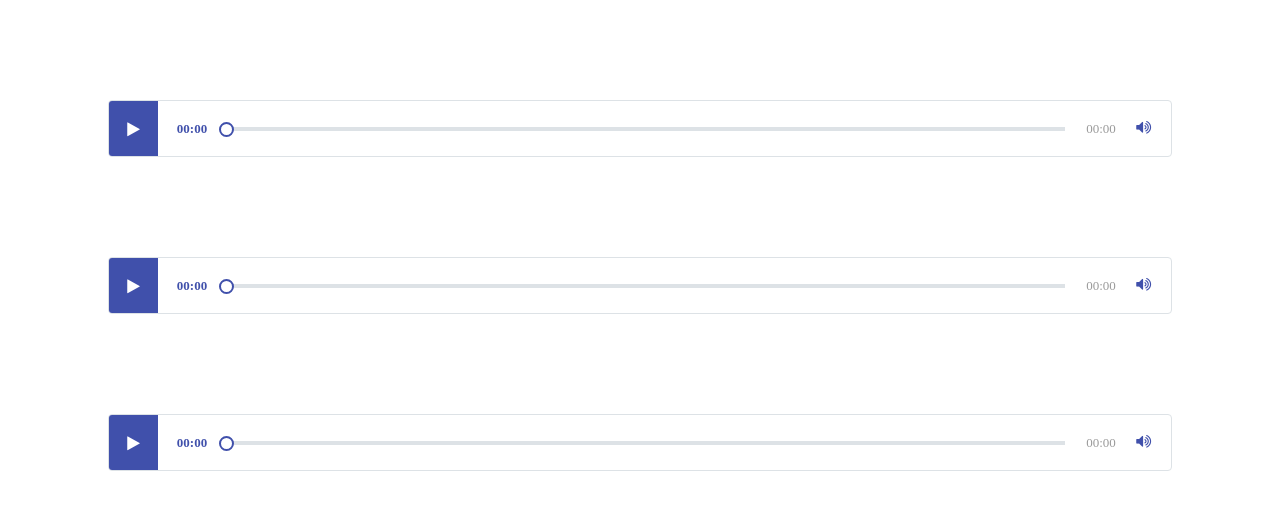
Repository: mitzbarbie/-jQuery-AudioPlayer-plugin
Page: index.html
These files come from the project's save history. The page is drawn as it stood at one moment and after the next save; the edit follows.
The browser window is 1280 px wide. The pictures show the whole page.

Above is the page before, as saved 2021-12-03 13:54:53.

After the next save:
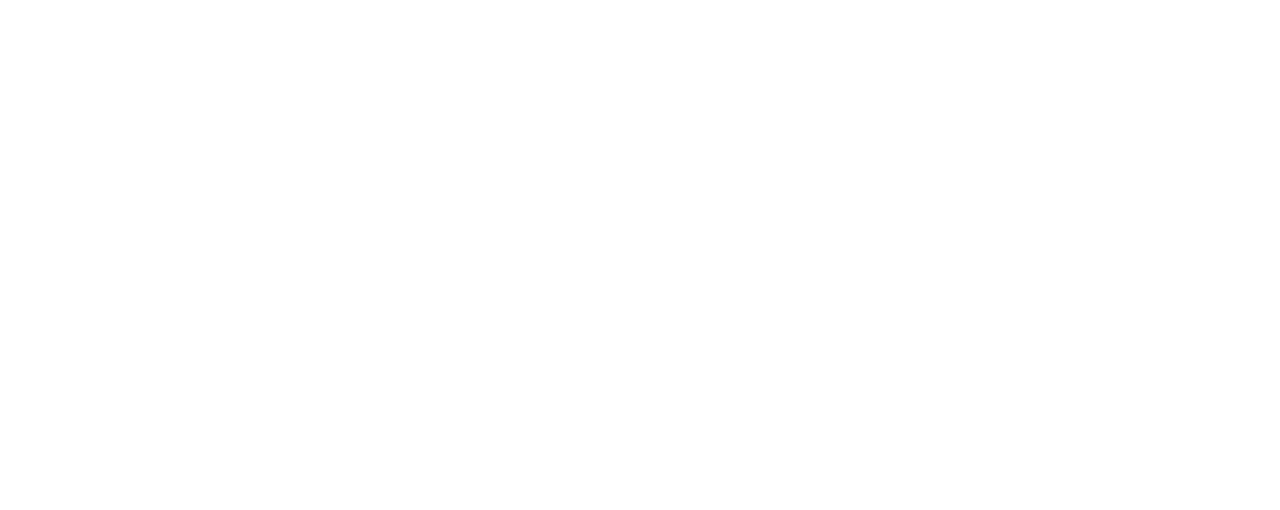
Saved 75 min 45 s later.
--- a/index.html
+++ b/index.html
@@ -38,14 +38,6 @@
         //   songs: ["audioEx3.mp3"],
         // });
 
-        $.map($("[data-audio]"), (i) => {
-          var filename = $(i).data("audio");
-          console.log(i);
-          $(i).audioPlayerUtils({
-            songs: [filename],
-          });
-        });
-
         $(".audio1").audioPlayerUtils({});
       });
     </script>

After the save that followed:
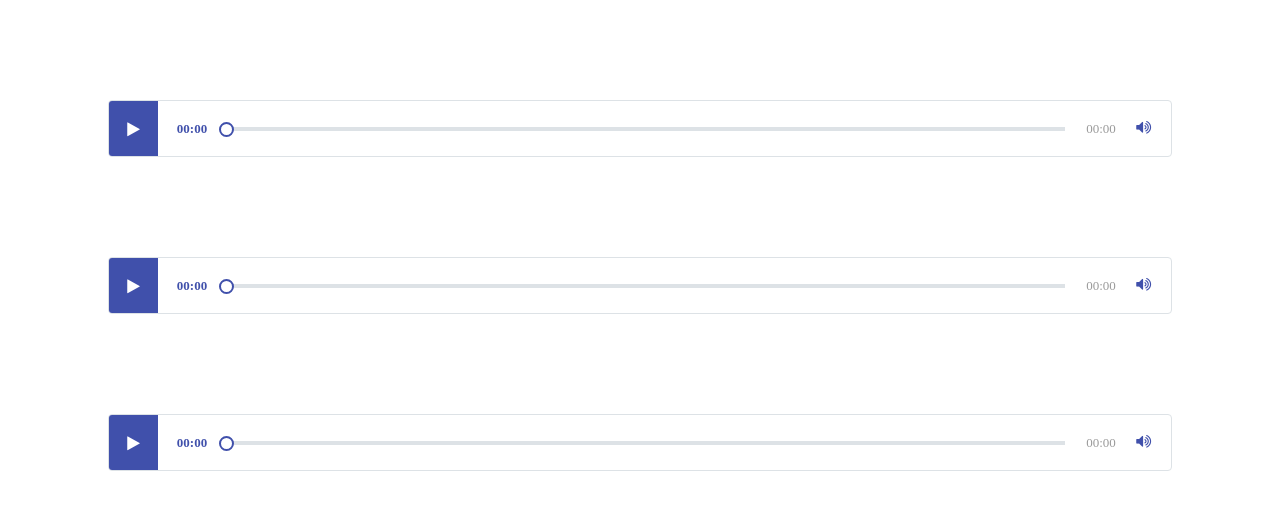
Saved 27 s later.
--- a/audioPlayer.js
+++ b/audioPlayer.js
@@ -229,13 +229,13 @@
         }
       }
     });
-
-    $.map($("[data-audio]"), (i) => {
-      var filename = $(i).data("audio");
-      console.log(i);
-      $(i).audioPlayerUtils({
-        songs: [filename],
-      });
+  };
+
+  $.map($("[data-audio]"), (i) => {
+    var filename = $(i).data("audio");
+    console.log(i);
+    $(i).audioPlayerUtils({
+      songs: [filename],
     });
-  };
+  });
 })(jQuery, window, document);
